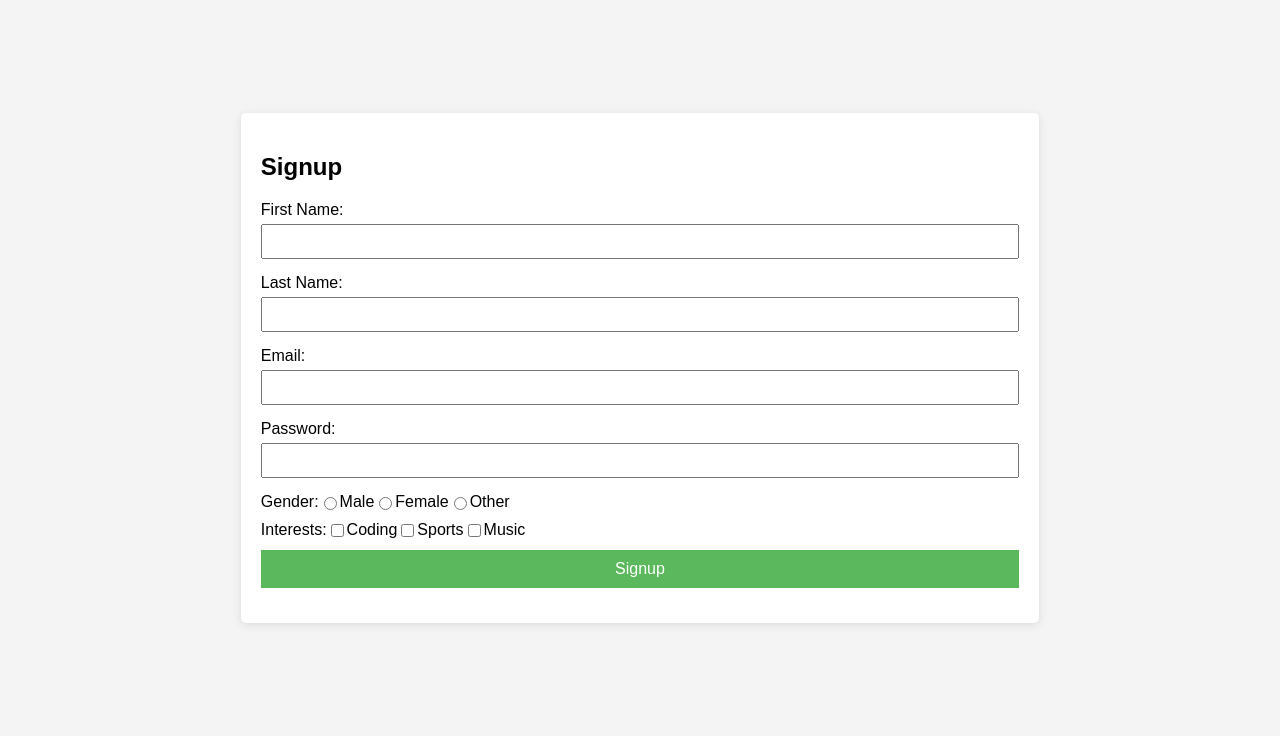
Repository: SHASHIDHAR-as/Spring
Page: spring-jsp-servelets/webapp/Webapp/src/main/webapp/Login.html
An editor plug-in stored every save of this project. The page is shown before and after the next save, followed by the edit.
The browser window is 1280 px wide. The pictures show the whole page.

Above is the page before, as saved 2024-07-30 06:25:41.

### spring-jsp-servelets/webapp/Webapp/src/main/webapp/Login.html
<!DOCTYPE html>
<html lang="en">
<head>
    <meta charset="UTF-8">
    <meta name="viewport" content="width=device-width, initial-scale=1.0">
    <title>Deloitte Signup Page</title>
    <style>
        body {
            font-family: Arial, sans-serif;
            background-color: #f4f4f4;
            display: flex;
            justify-content: center;
            align-items: center;
            height: 100vh;

        }
        .signup-form {
            background-color: #fff;
            padding: 20px;
            border-radius: 5px;
            box-shadow: 0 2px 10px rgba(0, 0, 0, 0.1);
            width:60%;
        }
        .signup-form h2 {
            margin-bottom: 20px;
        }
        .form-group {
            margin-bottom: 15px;
        }
        .form-group-w {
            display:flex;
            padding-bottom:10px;
        }
        .form-group label {
            display: block;
            margin-bottom: 5px;
        }
        .form-group input[type="text"],
        .form-group input[type="email"],
        .form-group input[type="password"] {
            width: 100%;
            padding: 8px;
            box-sizing: border-box;
        }
        .form-group input[type="radio"],
        .form-group input[type="checkbox"] {
            margin-right: 10px;
        }
        .form-group button {
            width: 100%;
            padding: 10px;
            background-color: #5cb85c;
            border: none;
            color: white;
            font-size: 16px;
            cursor: pointer;
        }
        .form-group button:hover {
            background-color: #4cae4c;
        }
    </style>
</head>
<body>
    <form class="signup-form">
        <h2>Signup</h2>
        <div class="form-group">
            <label for="firstname">First Name:</label>
            <input type="text" id="firstname" name="firstname" required>
        </div>
        <div class="form-group">
            <label for="lastname">Last Name:</label>
            <input type="text" id="lastname" name="lastname" required>
        </div>
        <div class="form-group">
            <label for="email">Email:</label>
            <input type="email" id="email" name="email" required>
        </div>
        <div class="form-group">
            <label for="password">Password:</label>
            <input type="password" id="password" name="password" required>
        </div>
        <div class="form-group-w">
            <label>Gender:</label>
            <input type="radio" id="male" name="gender" value="male" required>
            <label for="male">Male</label>
            <input type="radio" id="female" name="gender" value="female" required>
            <label for="female">Female</label>
            <input type="radio" id="other" name="gender" value="other" required>
            <label for="other">Other</label>
        </div>
        <div class="form-group-w">
            <label>Interests:</label>
            <input type="checkbox" id="coding" name="interests" value="coding">
            <label for="coding">Coding</label>
            <input type="checkbox" id="sports" name="interests" value="sports">
            <label for="sports">Sports</label>
            <input type="checkbox" id="music" name="interests" value="music">
            <label for="music">Music</label>
        </div>
        <div class="form-group">
            <button type="submit">Signup</button>
        </div>
    </form>
</body>
</html>

After the next save:
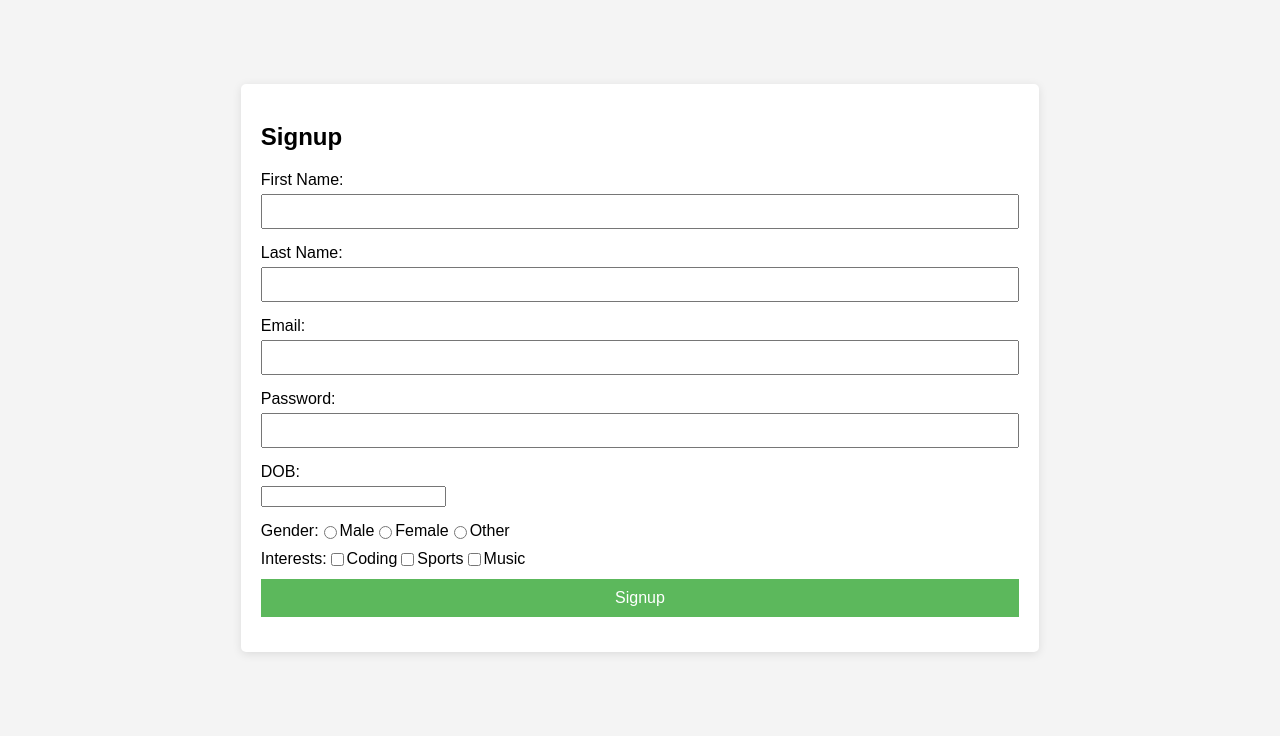
Saved 3 min 58 s later.
--- a/spring-jsp-servelets/webapp/Webapp/src/main/webapp/Login.html
+++ b/spring-jsp-servelets/webapp/Webapp/src/main/webapp/Login.html
@@ -79,6 +79,10 @@
             <label for="password">Password:</label>
             <input type="password" id="password" name="password" required>
         </div>
+        <div class="form-group">
+            <label for="Dob">DOB:</label>
+            <input type="dob" id="dob" name="dob" required>
+        </div>
         <div class="form-group-w">
             <label>Gender:</label>
             <input type="radio" id="male" name="gender" value="male" required>
